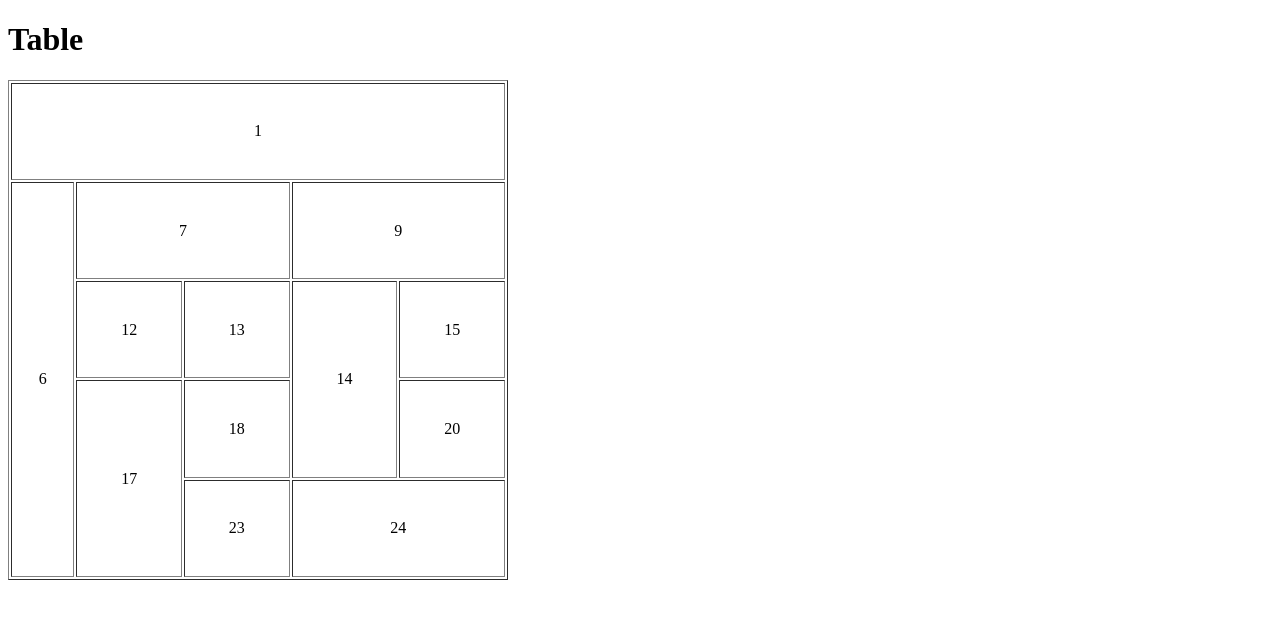
Repository: sungken/htmlProject
Page: ClientTest/src/main/webapp/html/test/table1.html
These files come from the project's save history. The page is drawn as it stood at one moment and after the next save; the edit follows.
The browser window is 1280 px wide. The pictures show the whole page.

Above is the page before, as saved 2024-03-13 08:23:26.

### ClientTest/src/main/webapp/html/test/table1.html
<!DOCTYPE html>
<html>
<head>
<meta charset="UTF-8">
<title>Insert title here</title>
</head>
<body>
<h1>Table</h1>
<table border="1" width="500" height="500">
	<tr align="center">
		<td colspan="5">1</td>

	</tr>
	<tr align="center">
		<td rowspan="5">6</td>
		<td colspan="2">7</td>
		<td colspan="2">9</td>
	</tr>
	<tr align="center">
		<td>12</td>
		<td>13</td>
		<td rowspan="2">14</td>
		<td>15</td>
	</tr>
	<tr align="center">

		<td rowspan="2">17</td>
		<td>18</td>

		<td>20</td>
	</tr>
	<tr align="center">


		<td>23</td>
		<td colspan="2">24</td>

	</tr>
</table>


</body>
</html>

After the next save:
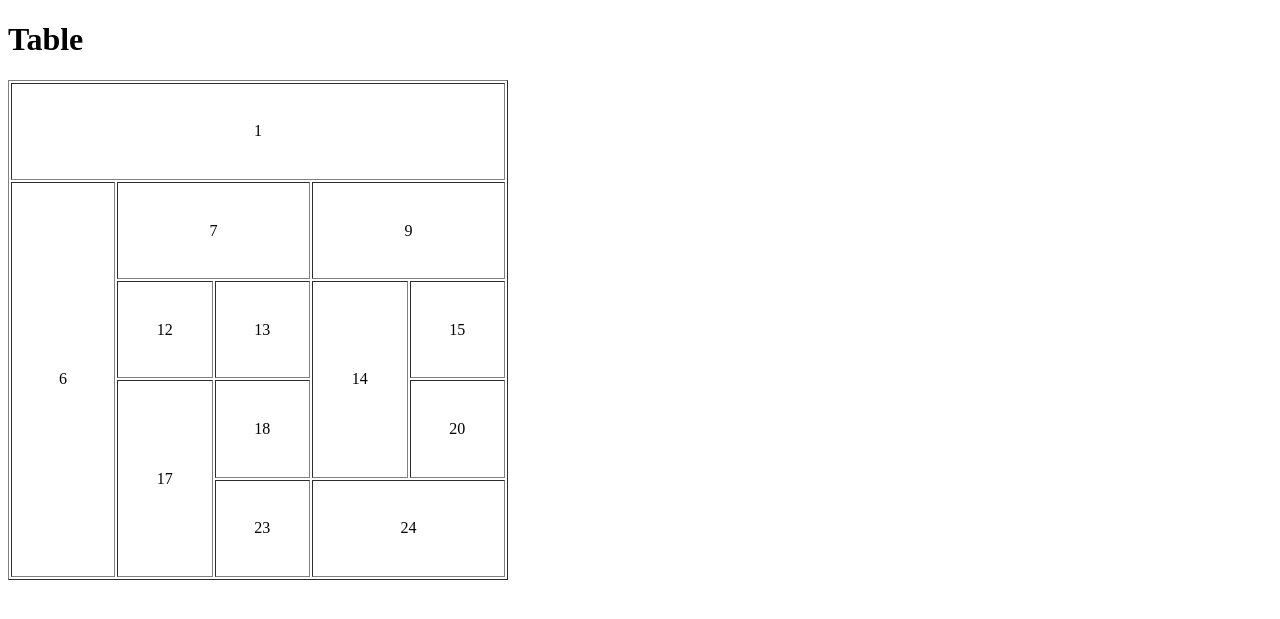
Saved 66 s later.
--- a/ClientTest/src/main/webapp/html/test/table1.html
+++ b/ClientTest/src/main/webapp/html/test/table1.html
@@ -12,7 +12,7 @@
 
 	</tr>
 	<tr align="center">
-		<td rowspan="5">6</td>
+		<td rowspan="5"  width="100" >6</td>
 		<td colspan="2">7</td>
 		<td colspan="2">9</td>
 	</tr>
